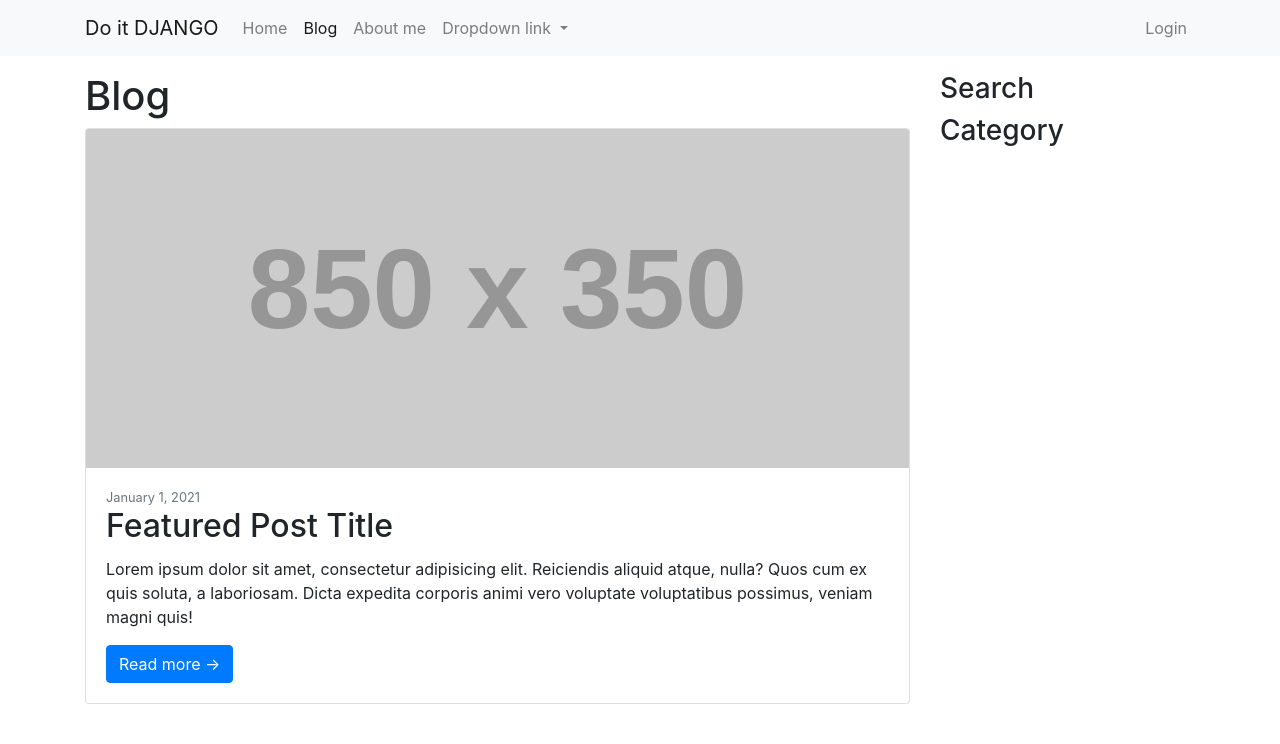
Repository: lwygold/do_it_ft
Page: blog_list.html
The author's editor kept a copy of each file at every save. The page is drawn from the files as they stood at one save, then again after the next save.
The browser window is 1280 px wide. The pictures show the whole page.

Above is the page before, as saved 2021-08-11 21:21:52.

After the next save:
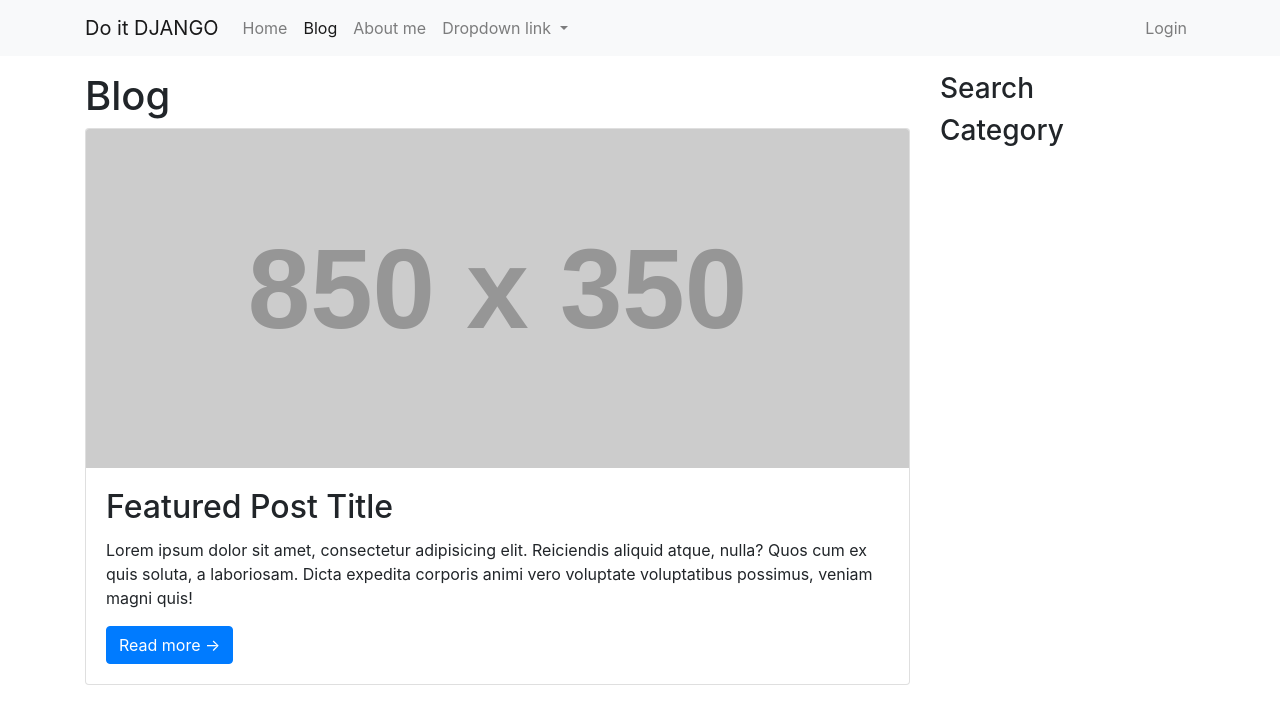
Saved 18 s later.
--- a/blog_list.html
+++ b/blog_list.html
@@ -60,7 +60,6 @@
                 <div class="card mb-4">
                     <a href="#!"><img class="card-img-top" src="https://dummyimage.com/850x350/dee2e6/6c757d.jpg" alt="..."></a>
                     <div class="card-body">
-                        <div class="small text-muted">January 1, 2021</div>
                         <h2 class="card-title">Featured Post Title</h2>
                         <p class="card-text">Lorem ipsum dolor sit amet, consectetur adipisicing elit. Reiciendis aliquid atque, nulla? Quos cum ex quis soluta, a laboriosam. Dicta expedita corporis animi vero voluptate voluptatibus possimus, veniam magni quis!</p>
                         <a class="btn btn-primary" href="#!">Read more →</a>
